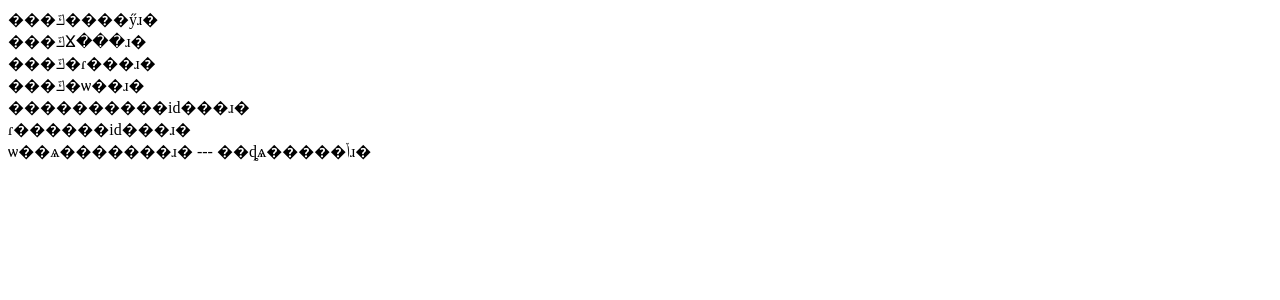
Repository: ZxxWs/P_M_learn
Page: http://localhost/
These files come from the project's save history. The page is drawn as it stood at one moment and after the next save; the edit follows.
The browser window is 1280 px wide. The pictures show the whole page.
The page is run by PHP 8.4 with error messages shown; the project is at /var/www/html/. Queries for data that is not in the repository find no rows.

Above is the page before, as saved 2019-03-13 10:04:31.

### Mysql_learn/index.php
<?php

//MySQL在PHP中的方法：mysqli_function(value,value1....)

//************************************************************
//连接MySQL：
$host='localhost:3306';                    //可选，主机名|IP
$username='root';          //可选，MySQL用户名
$password;          //可选，MySQL密码
$dbname;            //可选，默认数据库
$port;                  //端口号
$socket;            //规定socket
$conn=mysqli_connect($host,$username);
//mysqli_close($link);//关闭与于数据库的连接
if($conn)
    echo "数据库连接成功";
echo "<br />";

//************************************************************
//创建数据库
$create="create database phpcreat";
$createdatabase=mysqli_query($conn, $create);
if($createdatabase)
    echo "数据库创建成功";
else{
    die('连接失败: ' . mysqli_error($conn));
}
echo "<br />";

//删除数据库
$drop="drop database phpcreat";
$drop=mysqli_query($conn, $drop);
if($drop)
    echo "数据库删除成功";
else{
    die('连接失败: ' . mysqli_error($conn));
}
echo "<br />";


//************************************************************
//选择数据库
$dbname="test";
$select=mysqli_select_db($conn, $dbname);
if($select)
    echo "数据库选择成功";
    else{
        die('连接失败: ' . mysqli_error($conn));
    }
echo "<br />";


//************************************************************
//创建表
$table="create table phptable(id int)";
$createtable=mysqli_query($conn, $table);
if($createtable)
    echo "创建表：“id”成功";
else{
    die('连接失败: ' . mysqli_error($conn));
}
echo "<br />";

//删除表
$droptable="drop table phptable";
$droptablea=mysqli_query($conn, $droptable);
if($droptablea)
    echo "删除表“id”成功";
echo "<br/>";


//***********************
// 设置编码，防止中文乱码
mysqli_query($conn , "set names utf8");
//***********************
//向表中插入数据————>students:name,num,class
/*
$stuname="吴霜";
$stunum=1707004101;
$stuclass=17070144;
$sqldata="insert into students".
         "(name,num,class)".
         "values".
         "('$stuname','$stunum','$stuclass')";
$into=mysqli_query($conn, $sqldata);
if($into)
    echo "插入相关学生数据成功";
    echo "<br/>";
*/

//***********************************************************
//读取数据库
$readdata='select name,num,class from students';
$selecttable=mysqli_select_db($conn, 'test');//选择表
if($selecttable)
    echo "选择学生表单成功";
    echo "  ---  \0";
$readendl=mysqli_query($conn, $readdata);
if($readendl)
    echo "读取学生数据成功";
    echo "<br/>";
//echo '<table border="1"><td>标题</td><td>作者</td><td>提交日期</td></tr>';
while($whilee=mysqli_fetch_array($readendl,MYSQLI_ASSOC)){
    echo "<tr><td>{$whilee['name']}</td>".
        "<td>{$whilee['num']}</td>".
        "<td>{$whilee['class']}</td>".
        "</tr>";
}

After the next save:
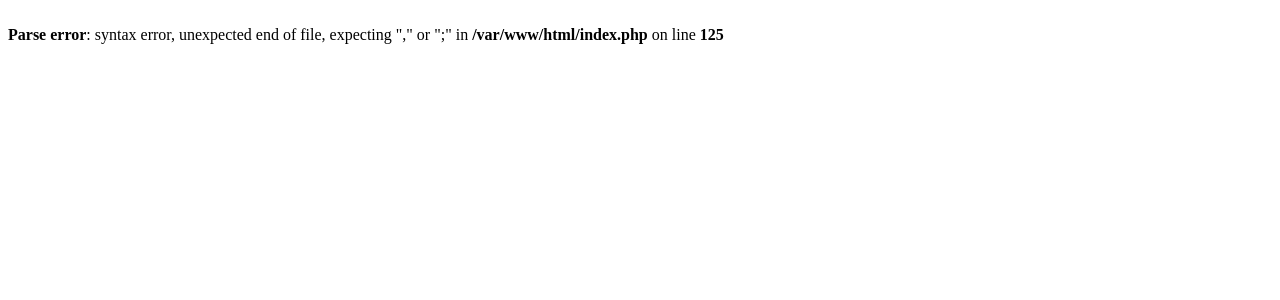
Saved 25 s later.
--- a/Mysql_learn/index.php
+++ b/Mysql_learn/index.php
@@ -106,3 +106,4 @@ while($whilee=mysqli_fetch_array($readendl,MYSQLI_ASSOC)){
         "<td>{$whilee['class']}</td>".
         "</tr>";
 }
+echo '</table>'

After the save that followed:
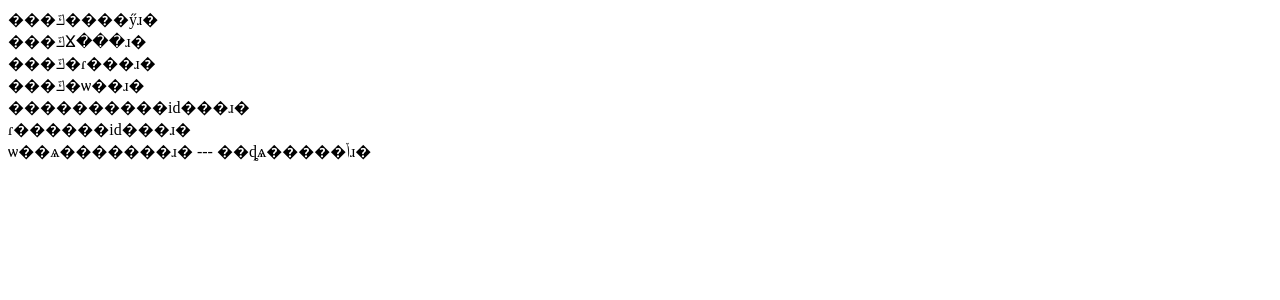
Saved 24 s later.
--- a/Mysql_learn/index.php
+++ b/Mysql_learn/index.php
@@ -106,4 +106,4 @@ while($whilee=mysqli_fetch_array($readendl,MYSQLI_ASSOC)){
         "<td>{$whilee['class']}</td>".
         "</tr>";
 }
-echo '</table>'
+echo '</table>';
